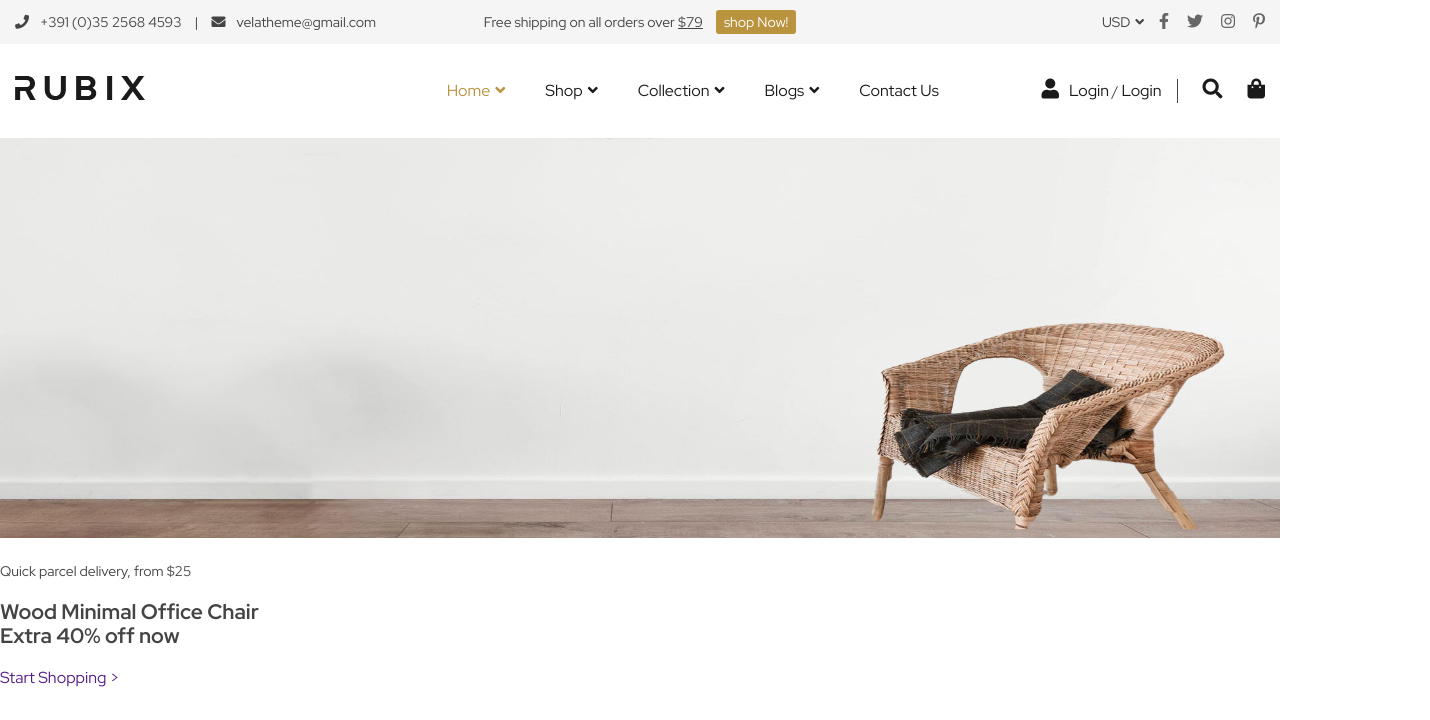
Repository: ldminh95/Gin-velademo
Page: index.html
An editor plug-in stored every save of this project. The page is shown before and after the next save, followed by the edit.
The browser window is 1280 px wide. The page is 1430 px wide, so the pictures cover 1430 px, including what lies to the right of the window. The pictures show the whole page.
The style sheet was rebuilt from its Sass, Less or Tailwind sources for each picture, by a compiler version that may differ from the author's.

Above is the page before, as saved 2023-05-28 10:32:15.

### index.html
<!DOCTYPE html>
<html lang="en">
<head>
    <meta charset="UTF-8">
    <meta http-equiv="X-UA-Compatible" content="IE=edge">
    <meta name="viewport" content="width=device-width, initial-scale=1.0">
    <title>velademo-rubix</title>
    <link rel="stylesheet" href="https://cdnjs.cloudflare.com/ajax/libs/font-awesome/5.15.4/css/all.min.css">
    <link rel="stylesheet" type="text/css" href="/css/style.css">
</head>
<body>
    <div class="Overview">
        <div class="headerTop box_flex">
            <div class="headerTop_box-Left col-m3 pd15">
                <i class="fas fa-phone"></i>
                +391 (0)35 2568 4593
                <span class="mr10">|</span>
                <i class="fas fa-envelope"></i>
                velatheme@gmail.com
            </div>
            <div class="headerTop_box-Center col-m3 pd15">
                Free shipping on all orders over <u>$79</u>
                <a href="#" class="bg_primary">shop Now!</a>
            </div>
            <div class="headerTop_box-Right col-m3 box_flex pd15">
                <div class="gin-currency">
                    <div class="gin-currency-title">USD<i class="fas fa-angle-down"></i></div>
                    <div class="gin-currency-dropdown">
                        <div class="currency-item active">USD</div>
                        <div class="currency-item">INR</div>
                        <div class="currency-item">GBP</div>
                        <div class="currency-item">CAD</div>
                        <div class="currency-item">AUD</div>
                        <div class="currency-item">EUR</div>
                        <div class="currency-item">JPY</div>
                    </div>
                </div>
                <div class="gin-link">
                    <a href="#" target="_blank"><i class="fab fa-facebook-f"></i></a>
                    <a href="#" target="_blank"><i class="fab fa-twitter"></i></a>
                    <a href="#" target="_blank"><i class="fab fa-instagram"></i></a>
                    <a href="#" target="_blank"><i class="fab fa-pinterest-p"></i></a>
                </div>
            </div>
        </div>
        <header class="headerMenu">
            <section class="box_flex">
                <div class="header_Left col-m3 pd15">
                    <img src="./images/logo.png" alt="">
                </div>
                <div class="header_Center col-m3 pd15">
                    <div class="gin_menu">
                        <ul class="box_flex">
                            <li class="active">
                                <a href="">Home<i class="fas fa-angle-down"></i></a>
                                <ul class="gin_menu-second">
                                    <li><a href="">Home01</a></li>
                                    <li><a href="">Home02</a></li>
                                    <li><a href="">Home03</a></li>
                                    <li><a href="">Home04</a></li>
                                    <li><a href="">Home05</a></li>
                                    <li><a href="">Home06</a></li>
                                </ul>
                            </li>
                            <li>
                                <a href="">Shop<i class="fas fa-angle-down"></i></a>
                                <ul class="gin_menu-second">
                                    <li><a href="">Home01</a></li>
                                    <li><a href="">Home02</a></li>
                                    <li><a href="">Home03</a></li>
                                    <li><a href="">Home04</a></li>
                                    <li><a href="">Home05</a></li>
                                    <li><a href="">Home06</a></li>
                                </ul>
                            </li>
                            <li>
                                <a href="">Collection<i class="fas fa-angle-down"></i></a>
                                <ul class="gin_menu-second">
                                    <li><a href="">Home01</a></li>
                                    <li><a href="">Home02</a></li>
                                    <li><a href="">Home03</a></li>
                                    <li><a href="">Home04</a></li>
                                    <li><a href="">Home05</a></li>
                                    <li><a href="">Home06</a></li>
                                </ul>
                            </li>
                            <li>
                                <a href="">Blogs<i class="fas fa-angle-down"></i></a>
                                <ul class="gin_menu-second">
                                    <li><a href="">Home01</a></li>
                                    <li><a href="">Home02</a></li>
                                    <li><a href="">Home03</a></li>
                                    <li><a href="">Home04</a></li>
                                    <li><a href="">Home05</a></li>
                                    <li><a href="">Home06</a></li>
                                </ul>
                            </li>
                            <li>
                                <a href="">Contact Us</a>
                                <ul class="gin_menu-second">
                                    <li><a href="">Home01</a></li>
                                    <li><a href="">Home02</a></li>
                                    <li><a href="">Home03</a></li>
                                    <li><a href="">Home04</a></li>
                                    <li><a href="">Home05</a></li>
                                    <li><a href="">Home06</a></li>
                                </ul>
                            </li>
                        </ul>
                    </div>
                </div>
                <div class="header_Right col-m3 pd15 box_flex">
                    <div class="header_Right-account box_flex">
                        <a href=""><i class="fas fa-user"></i></a>
                        <ul>
                            <li><a href="">Login</a></li>
                            <span>/</span>
                            <li><a href="">Login</a></li>
                        </ul>
                    </div>
                    <div class="header_Right-search">
                        <a href=""><i class="fas fa-search"></i></a>
                    </div>
                    <div class="header_Right-cart">
                        <a href=""><i class="fas fa-shopping-bag"></i></a>
                    </div>
                </div>
            </section>
        </header>
        <div class="MainContent">
            <div class="gin_slideshow">
                <div class="slide_item">
                    <div class="slide_item-bg">
                        <img src="./images/index_bg01.jpg" alt="ghế tại ginshop">
                    </div>
                    <div class="wrapper">
                        <div class="slide_item-content">
                            <p>Quick parcel delivery, <span>from $25</span></p>
                            <h2>Wood Minimal Office Chair<br>Extra 40% off now</h2>
                            <a href="">Start Shopping ></a>
                        </div>
                    </div>
                </div>
            </div>
        </div>
    </div>
</body>
</html>

### css/googleFont.css
@import url('https://fonts.googleapis.com/css2?family=Red+Hat+Display:ital,wght@0,300;0,400;0,500;0,600;0,700;0,800;0,900;1,300;1,400;1,500;1,600;1,700;1,800;1,900&display=swap');


:root {
    --f-red-hat: 'Red Hat Display', sans-serif;
}

### css/base.css
:root {
    --gin-font: 14px;
    --color-primary: #ba933e;
    --body-bg: #fff;
    --text-color-primary: #444444;
    --text-color-second: #1a1a1a;
    --text-color-banner: #666666;
    --topbar-bg-color: #f5f5f5;
    --font-icon: 'FontAwesome';
}
body {
    box-sizing: border-box;
    font-family: var(--f-red-hat);
    font-size: var(--gin-font);
    padding: 0;
    margin: 0;
    font-weight: 400;
    line-height: 24px;
    color: var(--text-color-primary);
}
a {
    font-size: calc(var(--gin-font) + 2px);
    text-decoration: none;
}
li {
    list-style-type: none;
}
ul {
    padding: 0;
    margin: 0;
}
img {
    max-width: 100%;
}
.box_flex {
    display: -webkit-flex;
    display: flex;
    align-items: center;
}

.col-m3 {
    width: 33.3333%;
}

/* ================================ */
/* Gin core */
/* ================================ */


/* margin */
.mr10 {
    margin: 0 10px;
}
.pd15 {
    padding: 0 15px;
}

### scss/style.scss
@import "googleFont.css";
@import "base.css";

.Overview {
    margin: 0 auto;
}

.headerTop {
    width: 100%;
    background: var(--topbar-bg-color);
    padding: 10px 0;
    &_box {
        &-Left {
            .fas {
                margin-right: 8px;
            }
        }
        &-Center {
            text-align: center;
            .bg_primary {
                background-color: var(--color-primary);
                color: #fff;
                padding: 0 8px;
                border-radius: 3px;
                margin-left: 10px;
                font-size: var(--gin-font);
                display: inline-block;
                &:hover {
                    background: #947531;
                }
            }
        }
        &-Right {
            justify-content: flex-end;
            .gin {
                &-currency {
                    position: relative;
                    cursor: pointer;
                    &-dropdown {
                        position: absolute;
                        display: none;
                        .currency-item {
                            padding: 5px 0;
                            &.active {
                                color: var(--color-primary);
                            }
                            &:hover {
                                color: var(--color-primary);
                                cursor: pointer;
                            }
                        }
                    }
                    i {
                        margin-left: 5px;
                    }
                    &:hover {
                        .gin-currency-dropdown {
                            display: block;
                            border: 1px solid rgba(0,0,0,0.15);
                            border-radius: 3px;
                            background-color: #fff;
                            padding: 5px 20px;
                            top: 100%;
                            font-size: calc(var(--gin-font) + 2px);
                            right: 0;
                            box-shadow: 0 6px 12px #0000002d;
                        }
                    }
                }
                &-link {
                    a {
                        margin-left: 15px;
                        color: var(--text-color-banner);
                        &:hover {
                            color: var(--color-primary);
                        }
                    }
                }
            }
        }
    }
}

.headerMenu {
    padding: 20px 0;
    .header {
        &_Center {
            li {
                position: relative;
                a {
                    padding: 15px 20px;
                    display: inline-block;
                    width: max-content;
                    color: var(--text-color-second);
                    i {
                        margin-left: 5px;
                    }
                }
                &.active {
                    >a {
                        color: var(--color-primary);
                    }
                }
                ul {
                    position: absolute;
                    min-width: 220px;
                    padding: 15px 25px;
                    display: block;
                    box-shadow: 0 6px 15px #0000001f;
                    z-index: 99;
                    text-align: left;
                    visibility: hidden;
                    margin-top: 50px;
                    transition: all .3s cubic-bezier(0.175, 0.885, 0.32, 1.275);
                    a {
                        padding: 3px 0;
                        font-size: var(--gin-font);
                    }
                }
                &:hover {
                    ul {
                        visibility: visible;
                        margin-top: 0;
                        li {
                            &:hover {
                                a {
                                    color: var(--color-primary);
                                }
                            }
                        }
                    }
                }
            }
        }
        &_Right {
            justify-content: flex-end;
            &-account {
                padding-right: 15px;
                border-right: 1px solid var(--text-color-primary);
            }
            &-search {
                margin-left: 25px;
            }
            &-cart {
                margin-left: 25px;
            }
            i {
                font-size: calc(var(--gin-font) + 6px);
            }
            a {
                color: var(--text-color-second);
                &:hover {
                    color: var(--color-primary);
                }
            }
            li {
                display: inline-block;
            }
            ul {
                margin-left: 10px;
            }
        }
    }
}

.MainContent {
    .slide {
        &_item {
            position: relative;
            .wrapper {
               width: 1430px;
               .slide_item {
                    padding: 0 15px;
                    margin: auto;
               }
            }
        }
    }
}

After the next save:
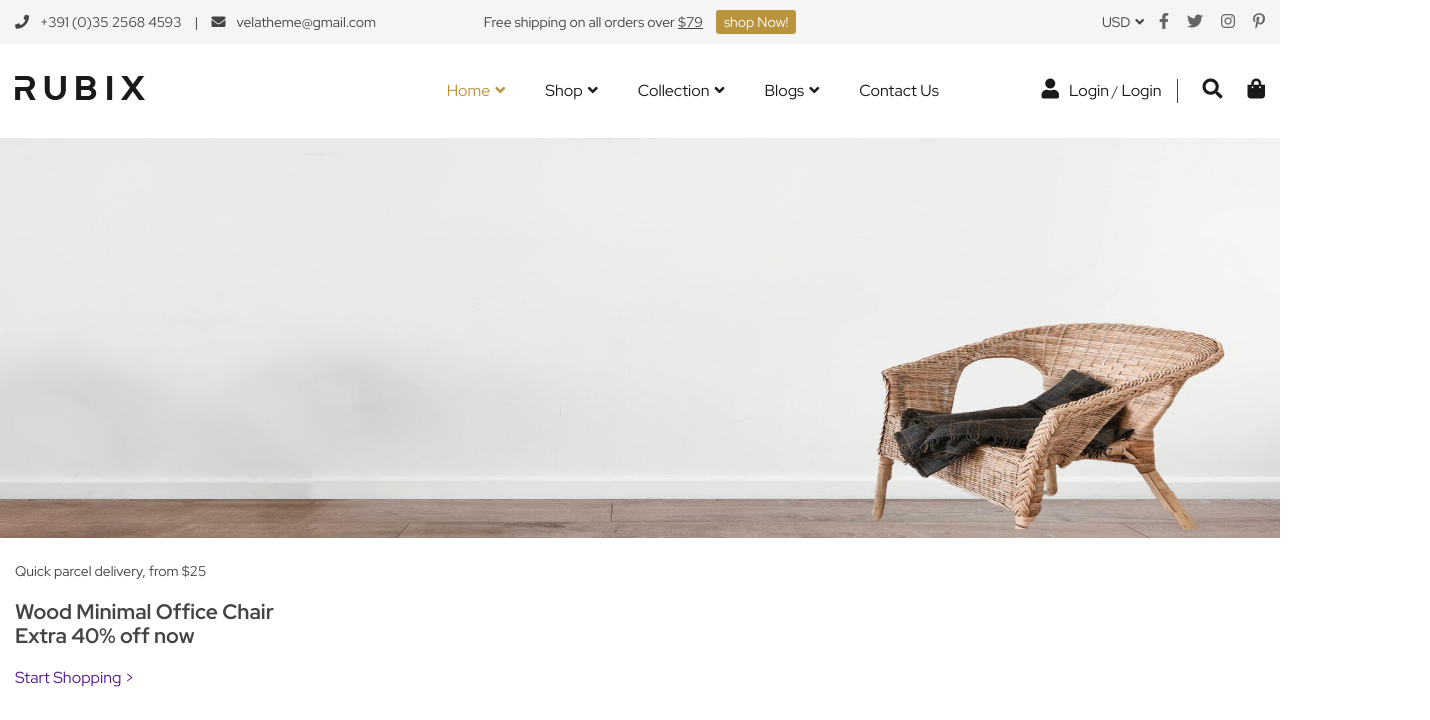
Saved 12 s later.
--- a/scss/style.scss
+++ b/scss/style.scss
@@ -169,7 +169,7 @@
             position: relative;
             .wrapper {
                width: 1430px;
-               .slide_item {
+               .slide_item-content {
                     padding: 0 15px;
                     margin: auto;
                }
